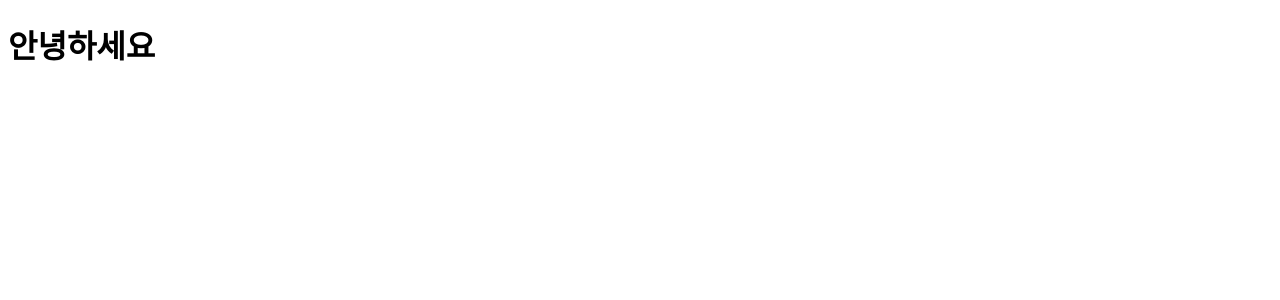
Repository: odasd/Ark-java
Page: 20200403/ex02/WebContent/ex1.html
The author's editor kept a copy of each file at every save. The page is drawn from the files as they stood at one save, then again after the next save.
The browser window is 1280 px wide. The pictures show the whole page.

Above is the page before, as saved 2020-04-03 07:35:11.

### 20200403/ex02/WebContent/ex1.html
<!DOCTYPE html>
<html>
<head>
<meta charset="EUC-KR">
<title>Insert title here</title>
</head>
<body>
		<h1>안녕하세요</h1>
</body>
</html>

After the next save:
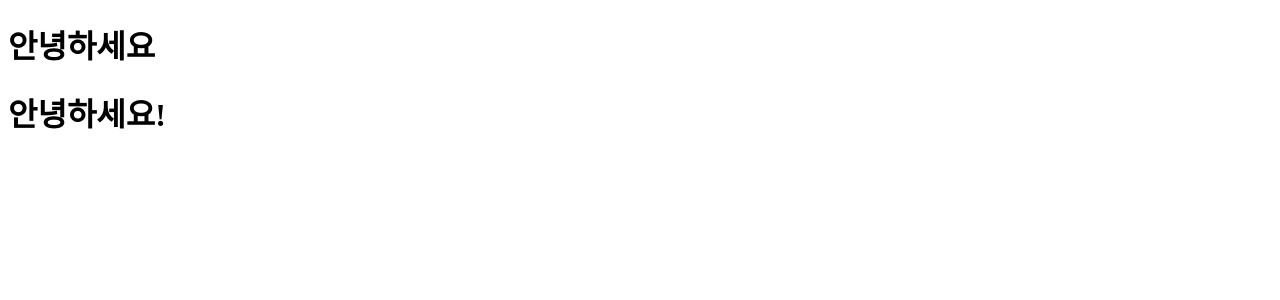
Saved 80 s later.
--- a/20200403/ex02/WebContent/ex1.html
+++ b/20200403/ex02/WebContent/ex1.html
@@ -6,5 +6,6 @@
 </head>
 <body>
 		<h1>안녕하세요</h1>
+		<h1>안녕하세요!</h1>
 </body>
 </html>
